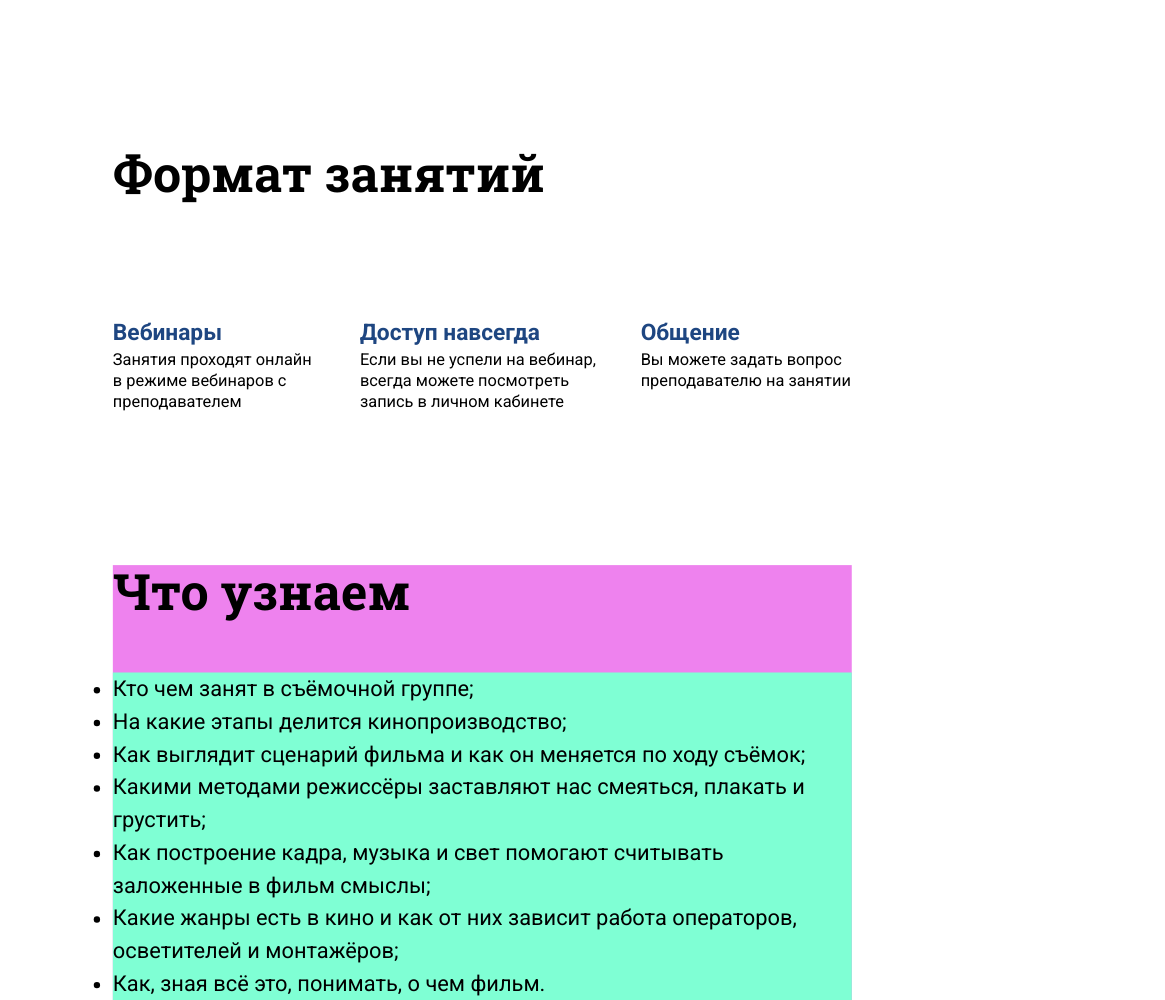
Repository: PoladEziz/Task2
Page: index.html
An editor plug-in stored every save of this project. The page is shown before and after the next save, followed by the edit.
The browser window is 1280 px wide. The pictures show the whole page, at 91% of full size.

Above is the page before, as saved 2023-05-04 17:44:39.

After the next save:
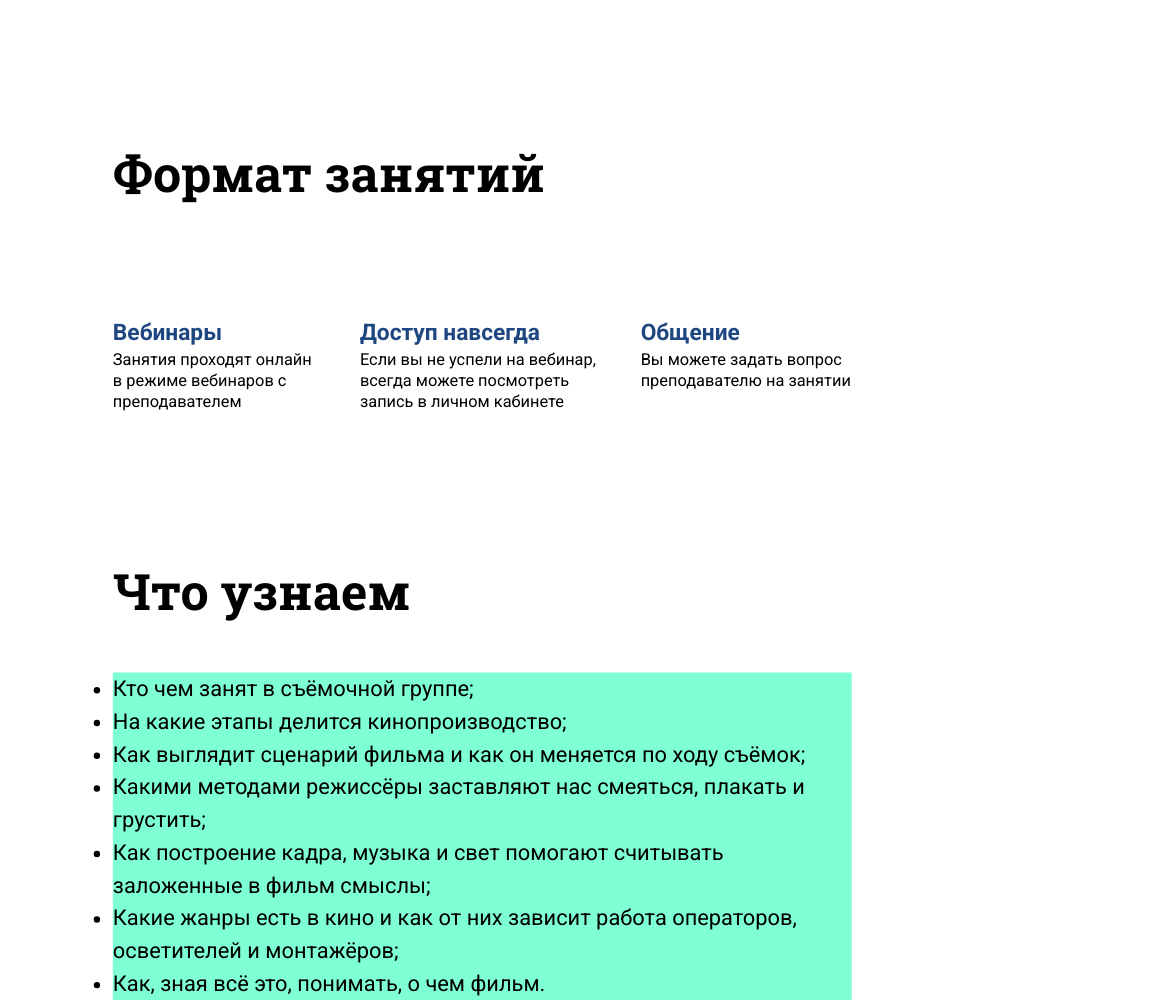
Saved 17 s later.
--- a/index.css
+++ b/index.css
@@ -69,7 +69,6 @@
 
 .page-2 {
     margin-top: 168px;
-    background-color: violet;
   width: 100%;
   display: flex;
   flex-direction: column;
